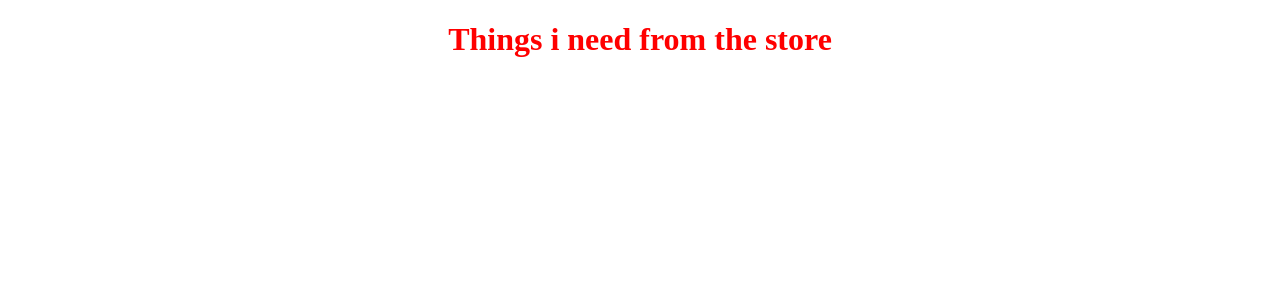
Repository: TheTroyPhillips/Block14
Page: Coursework/Block06/index.html
The author's editor kept a copy of each file at every save. The page is drawn from the files as they stood at one save, then again after a run of saves.
The browser window is 1280 px wide. The pictures show the whole page.

Above is the page before, as saved 2023-08-29 17:12:38.

### Coursework/Block06/index.html
<!DOCTYPE html>
<html lang="en">
<head>
    <meta charset="UTF-8">
    <meta name="viewport" content="width=device-width, initial-scale=1.0">
    <title>Troy's Grocery List</title>
    <link rel="stylesheet" href="styles.css">
</head>
<body>
    <h1> Things i need from the store</h1>
    <div class="Box Red"></div>


</body>
</html>

### Coursework/Block06/styles.css
h1 {
    color: red;
    text-align: center;
}
.box{
    width: 150px;
    height:150px;
    color: black;
}
.Red{
    background-color: red;
}

After the next 2 saves:
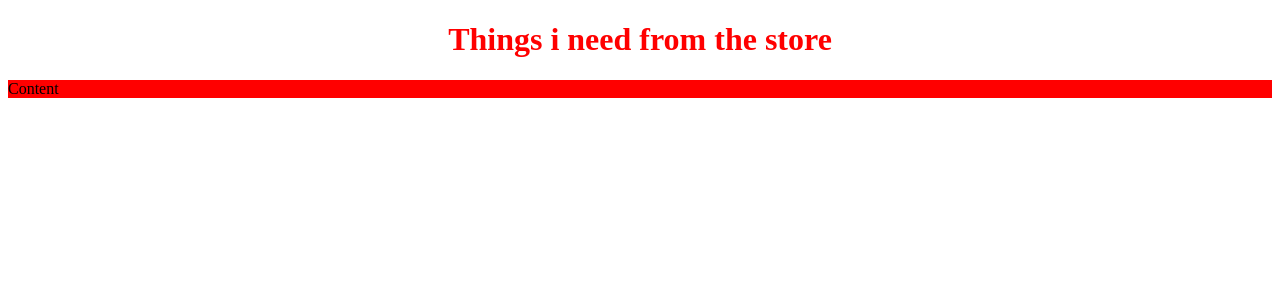
The 2 saves are shown as one change because they came seconds apart.
The last was saved 8 s later.
--- a/Coursework/Block06/index.html
+++ b/Coursework/Block06/index.html
@@ -8,7 +8,7 @@
 </head>
 <body>
     <h1> Things i need from the store</h1>
-    <div class="Box Red"></div>
+    <div class="Box Red"> Content</div>
 
 
 </body>
